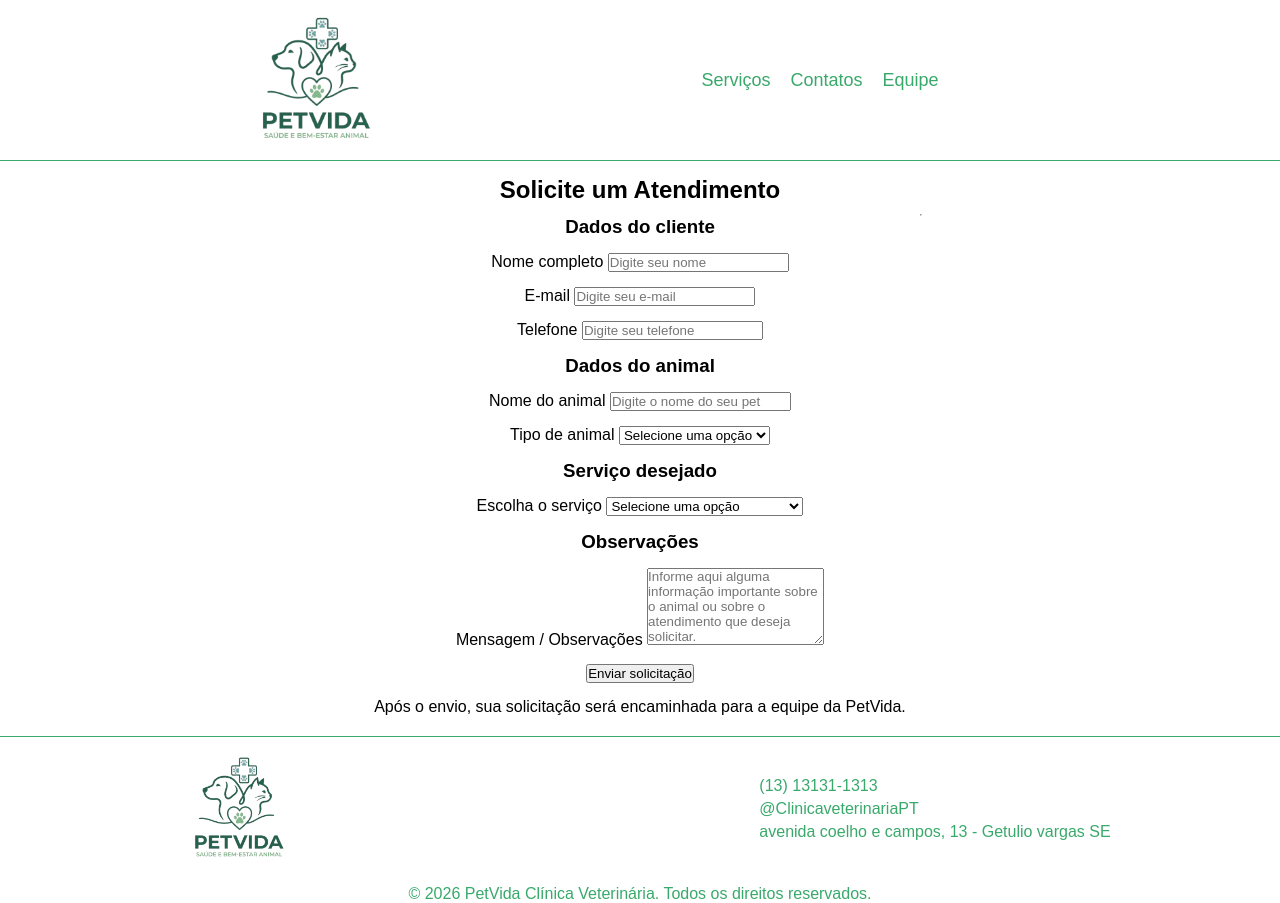
Repository: antonymsantana-design/Veterinario
Page: contatos.html
The author's editor kept a copy of each file at every save. The page is drawn from the files as they stood at one save, then again after the next save.
The browser window is 1280 px wide. The pictures show the whole page.

Above is the page before, as saved 2026-10-03 18:54:03.

After the next save:
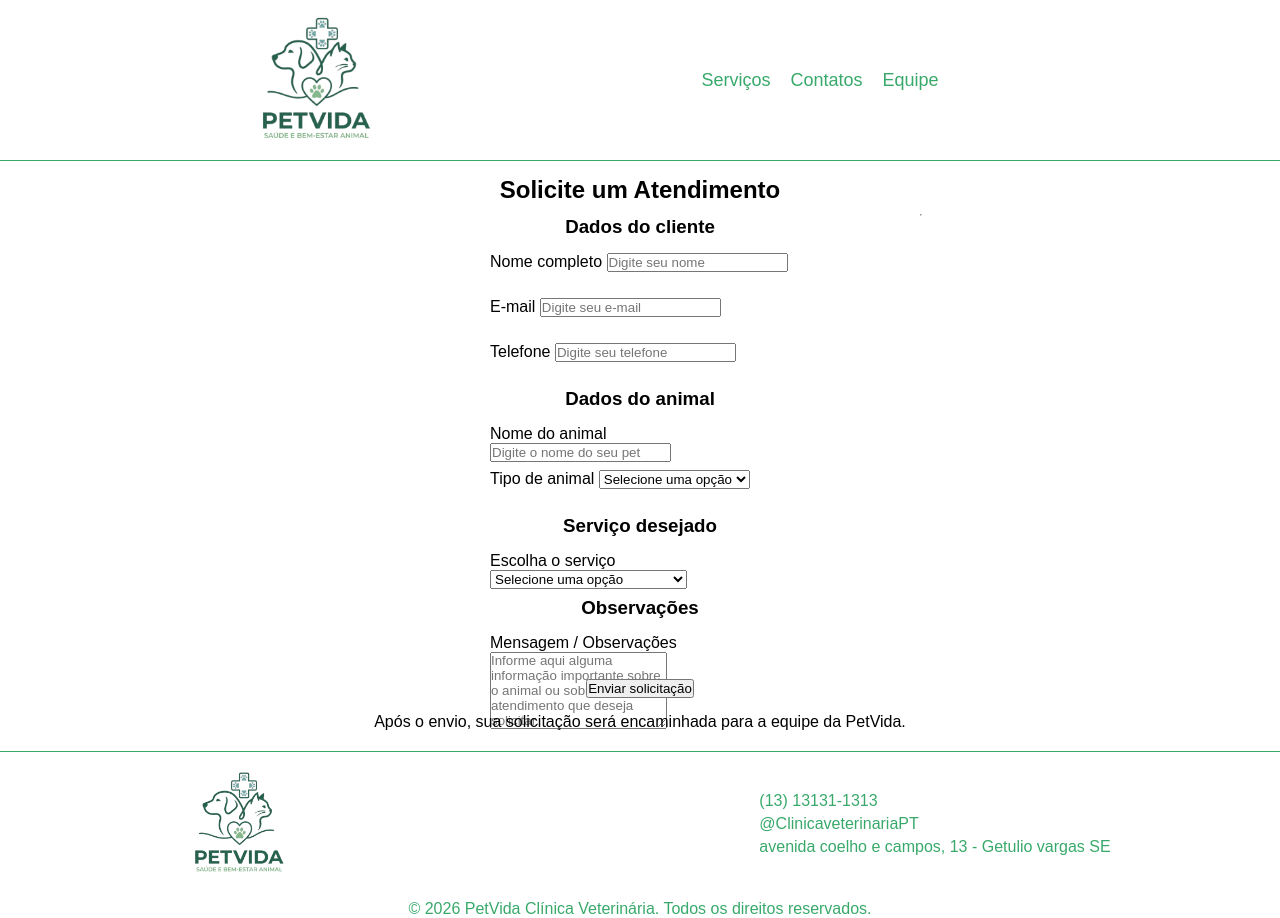
Saved 5 s later.
--- a/style.css
+++ b/style.css
@@ -351,7 +351,7 @@
     padding-bottom: 20px;
 }
 
-.campos{
+.campo{
     width: 300px;
     height: 30px;
     border-radius: 5px;

After the save that followed:
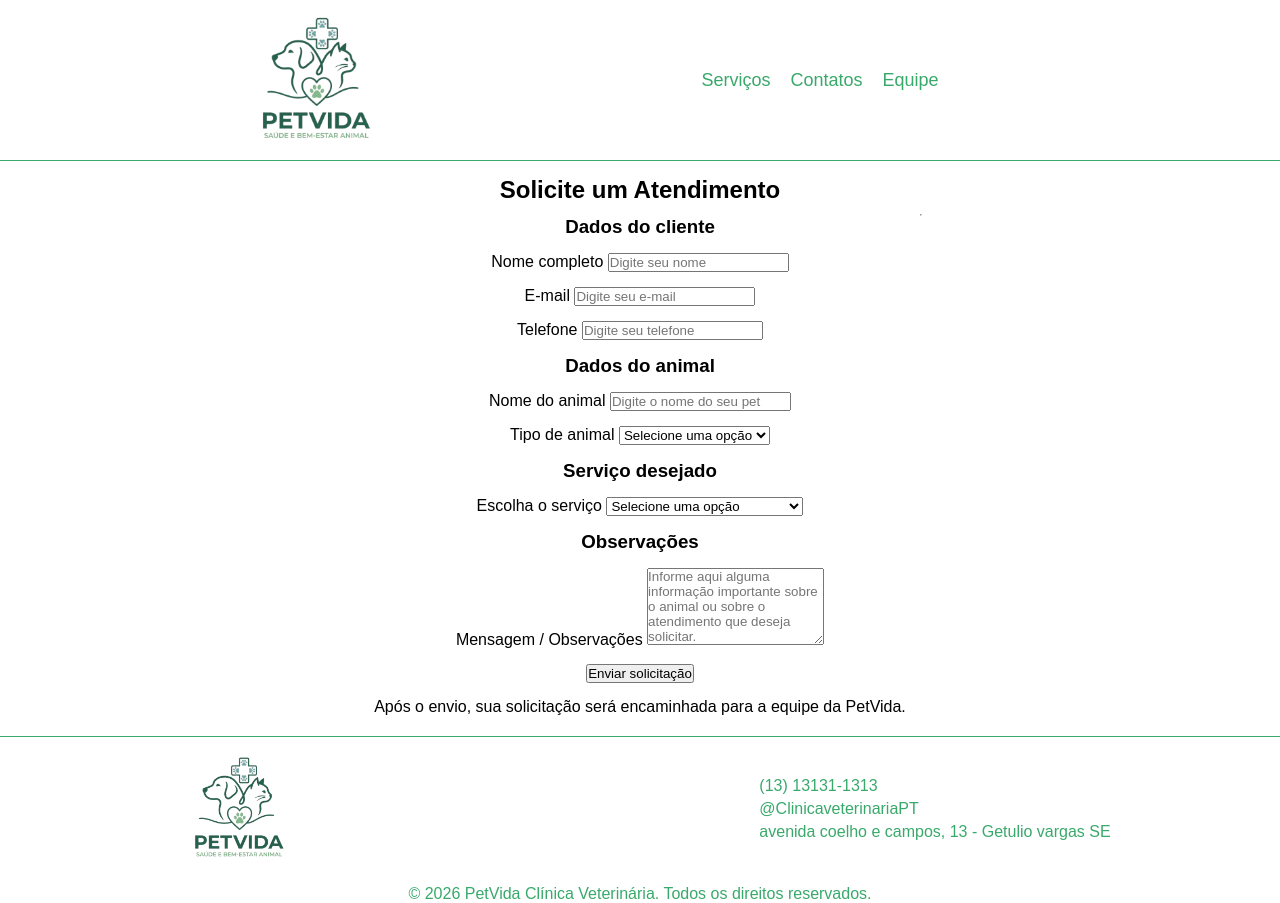
Saved 6 s later.
--- a/style.css
+++ b/style.css
@@ -351,7 +351,7 @@
     padding-bottom: 20px;
 }
 
-.campo{
+.campos{
     width: 300px;
     height: 30px;
     border-radius: 5px;
